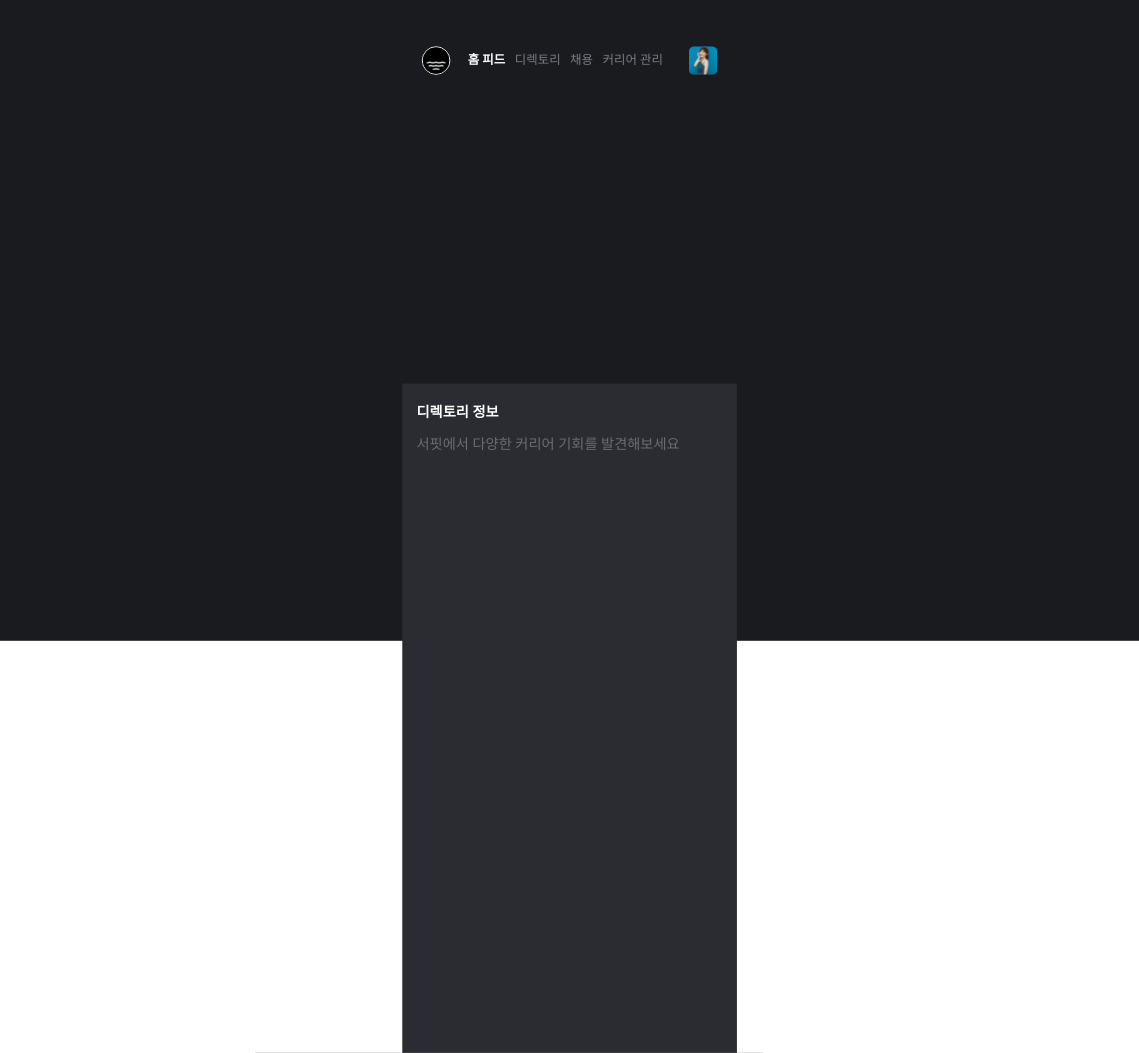
Repository: CDS-seminar-6/frontend
Page: /profile
The author's editor kept a copy of each file at every save. The page is drawn from the files as they stood at one save, then again after the next save.
The browser window is 1280 px wide. The pictures show the whole page, at 89% of full size.
The project was rebuilt for these pictures with package versions that can differ from the ones it lists, and the page was loaded fresh each time. Also part of the build but not shown: src/components/common/MenuList.jsx, src/pages/Profile.jsx.

Above is the page before, as saved 2022-05-25 17:56:14.

After the next save:
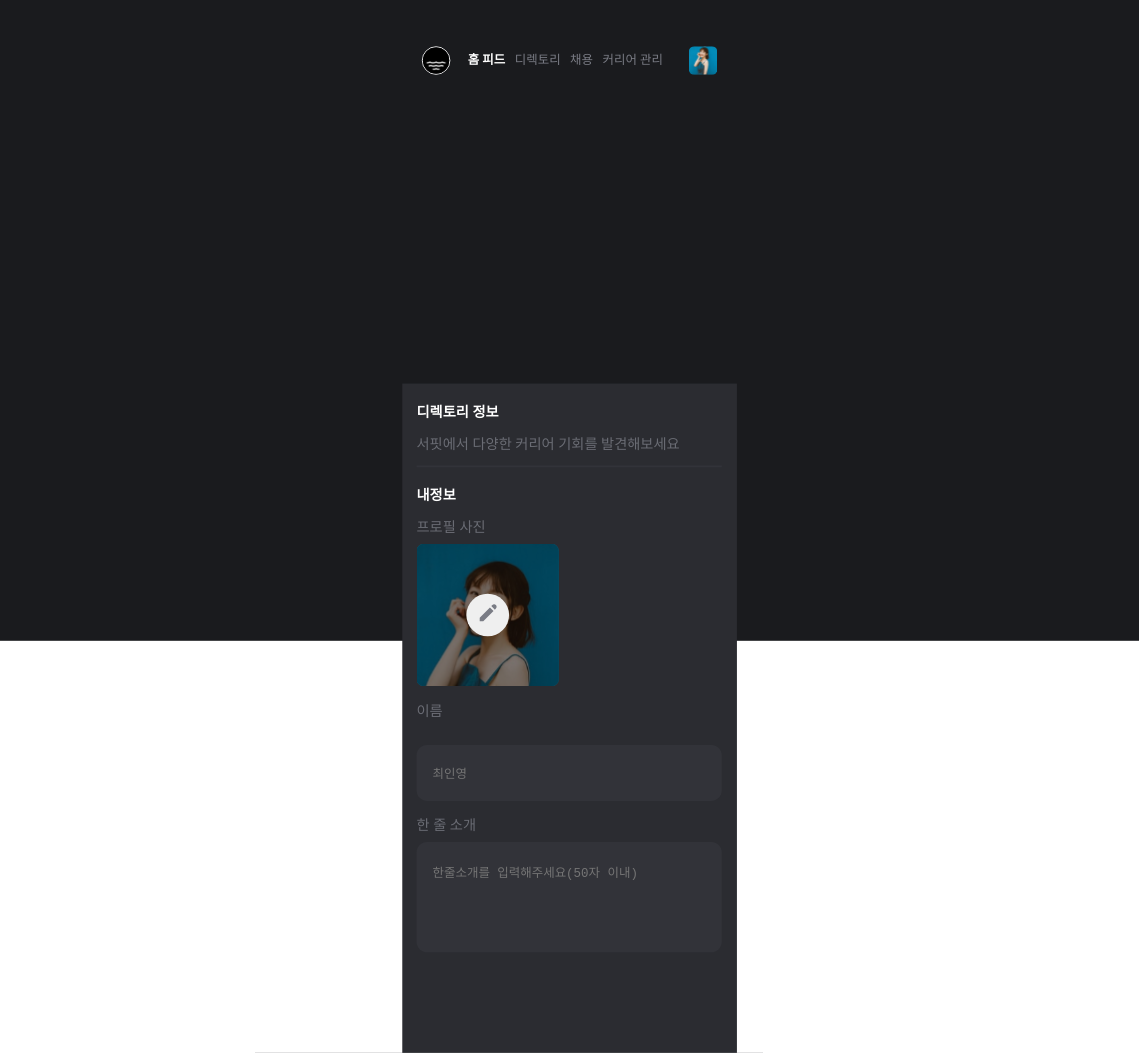
Saved 99 min 49 s later.
--- a/src/components/surfitProfile/DirectoryInfo.jsx
+++ b/src/components/surfitProfile/DirectoryInfo.jsx
@@ -1,3 +1,5 @@
+import write from 'assets/icon_edit.svg';
+import profilePic from 'assets/img_profile_big.svg';
 import { React } from 'react';
 import styled from 'styled-components';
 import { theme } from 'styles/theme';
@@ -24,11 +26,80 @@
   margin: 2rem 0 auto;
 `;
 
+const HeaderUnderline = styled.hr`
+  width: 34.3rem;
+  margin: 1.6rem 0 auto;
+  border: 1px solid ${theme.colors.surfit_black_3};
+`;
+
+const ProfileWrapper = styled.div`
+  position: relative;
+  width: 16rem;
+  height: 16rem;
+  margin: 1rem 0 auto;
+  border-radius: 0.8rem;
+`;
+
+const Profile = styled.img`
+  width: 100%;
+  position: absolute;
+`;
+
+const ImgEdit = styled.button`
+  position: absolute;
+  width: 4.8rem;
+  height: 4.8rem;
+  top: 50%;
+  left: 50%;
+  transform: translate(-50%, -50%);
+  border: none;
+  border-radius: 20rem;
+`;
+
+const Input = styled.input`
+  background-color: ${theme.colors.surfit_black_3};
+  border: none;
+  border-radius: 1.2rem;
+  margin: 0 auto;
+  padding-left: 1.8rem;
+  width: 34.3rem;
+  height: 6.3rem;
+  color: ${theme.colors.surfit_white};
+  font-size: 1.4rem;
+`;
+
+const Introduction = styled.textarea`
+  background-color: ${theme.colors.surfit_black_3};
+  border: none;
+  border-radius: 1.2rem;
+  margin: 1rem 0 auto;
+  padding-left: 1.8rem;
+  padding-top: 2.3rem;
+  width: 34.3rem;
+  height: 12.4rem;
+  color: ${theme.colors.surfit_white};
+  font-size: 1.4rem;
+  resize: none;
+`;
+
 function DirectoryInfo() {
   return (
     <InfoContainer>
       <Title>디렉토리 정보</Title>
       <Contents>서핏에서 다양한 커리어 기회를 발견해보세요</Contents>
+      <HeaderUnderline />
+      <Title>내정보</Title>
+      <Contents>프로필 사진</Contents>
+      <ProfileWrapper>
+        <Profile src={profilePic} alt="프로필 사진" />
+        <ImgEdit type="submit">
+          <img src={write} alt="버튼" />
+        </ImgEdit>
+      </ProfileWrapper>
+      <Contents>이름</Contents>
+      <Input placeholder="최인영" />
+      <Contents>한 줄 소개</Contents>
+      <Introduction placeholder="한줄소개를 입력해주세요(50자 이내)" />
     </InfoContainer>
   );
 }
